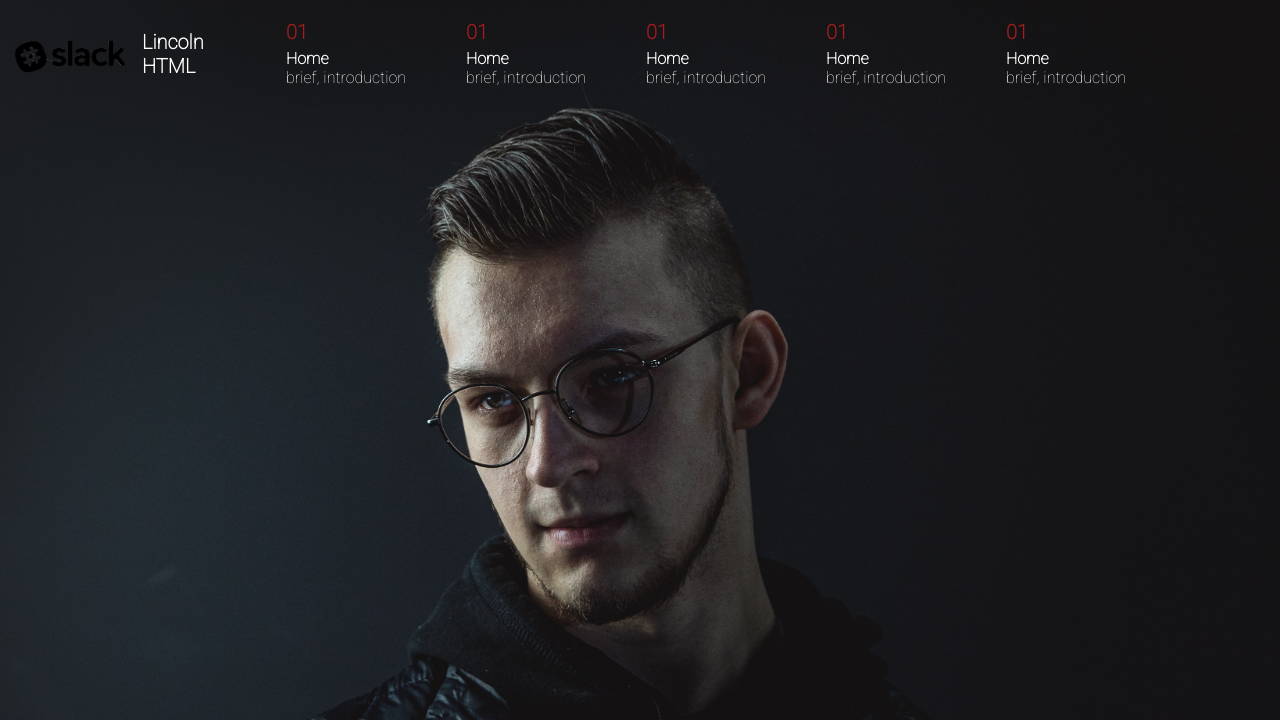
Repository: linco6054/simple-html
Page: index.html
These files come from the project's save history. The page is drawn as it stood at one moment and after the next save; the edit follows.
The browser window is 1280 px wide. The pictures show the whole page.

Above is the page before, as saved 2021-08-16 15:51:21.

### index.html
<!DOCTYPE html>
<html lang="en">
  <head>
    <meta charset="UTF-8" />
    <meta http-equiv="X-UA-Compatible" content="IE=edge" />
    <link rel="preconnect" href="https://fonts.googleapis.com">
<link rel="preconnect" href="https://fonts.gstatic.com" crossorigin>
<link href="https://fonts.googleapis.com/css2?family=Roboto:wght@100&display=swap" rel="stylesheet">
    <meta name="viewport" content="width=device-width, initial-scale=1.0" />
    <link rel="stylesheet" href="style.css" />
    <title>Lincoln</title>
  </head>
  <body>
    <section class="sec1">
      <nav>
        <div>
          <img src="/images/logo.png" alt="" />
          <span>Lincoln HTML</span>
        </div>

        <ul>
          <li>
            <h2>01</h2>
            <h4>Home</h4>
            <p>brief, introduction</p>
          </li>
          <li>
            <h2>01</h2>
            <h4>Home</h4>
            <p>brief, introduction</p>
          </li>
          <li>
            <h2>01</h2>
            <h4>Home</h4>
            <p>brief, introduction</p>
          </li>
          <li>
            <h2>01</h2>
            <h4>Home</h4>
            <p>brief, introduction</p>
          </li>
          <li>
            <h2>01</h2>
            <h4>Home</h4>
            <p>brief, introduction</p>
          </li>
        </ul>
      </nav>
    </section>
  </body>
</html>

### style.css
* {
  margin: 0;
  padding: 0;
}
body {
  max-width: 100%;
  height: auto;
  overflow: hidden;
  color: #fff;
  font-family: "Roboto", sans-serif;
}
section {
  height: 100vh;
  width: 100%;
  overflow: hidden;
}
/* ================================Sectiion 1================================== */
.sec1 {
  background-image: url("./images/bg.jpg");
  background-size: cover;
  background-repeat: no-repeat;
}
nav {
  display: flex;
  justify-content: space-between;
}
nav > div {
  flex: 1;
  justify-content: left;
  align-items: center;
  display: flex;
}
nav > div > img {
  height: 80px;
}
nav > div > span {
  font-weight: bold;
  font-size: 20px;
}
nav > ul {
  display: flex;
  flex: 4;
}

nav li {
  list-style: none;
  padding: 20px 30px;
}
nav li > h2 {
  color: rgb(163, 29, 29);
  font-weight: 800;
  margin-bottom: 5px;
  font-size: 20px;
}

After the next save:
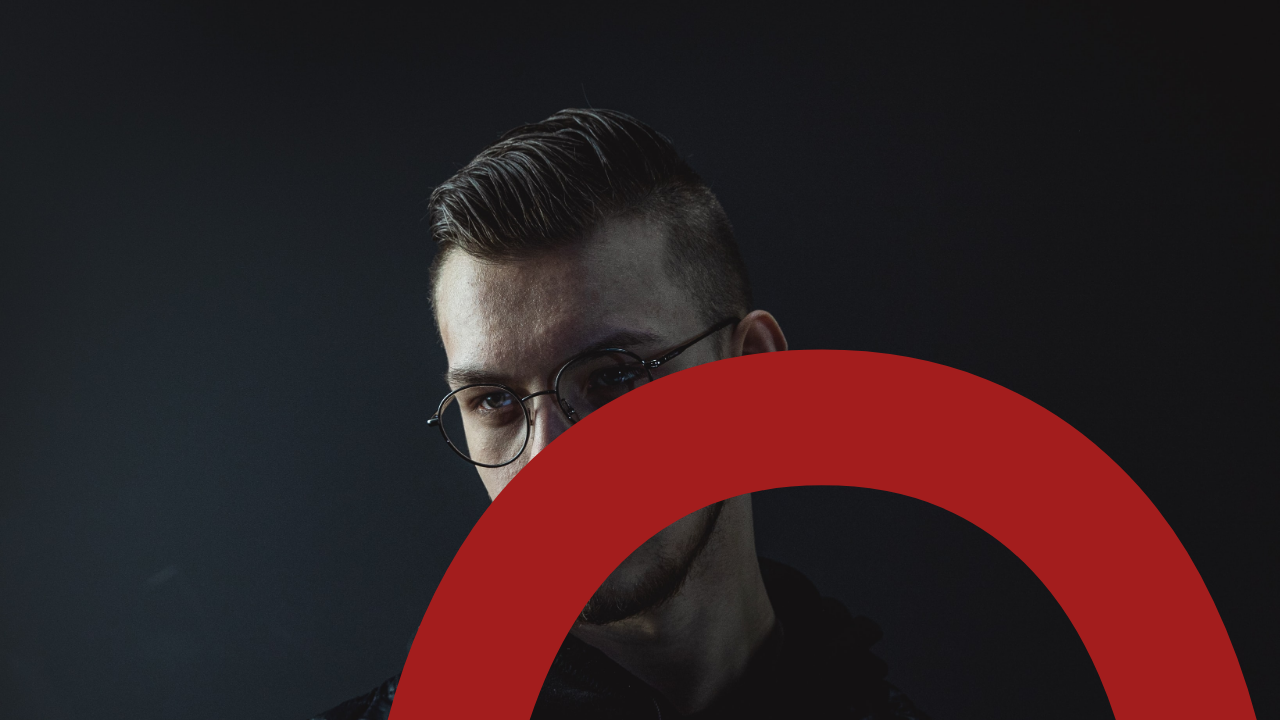
Saved 12 s later.
--- a/style.css
+++ b/style.css
@@ -50,5 +50,5 @@
   color: rgb(163, 29, 29);
   font-weight: 800;
   margin-bottom: 5px;
-  font-size: 20px;
+  font-size: 2000px;
 }
